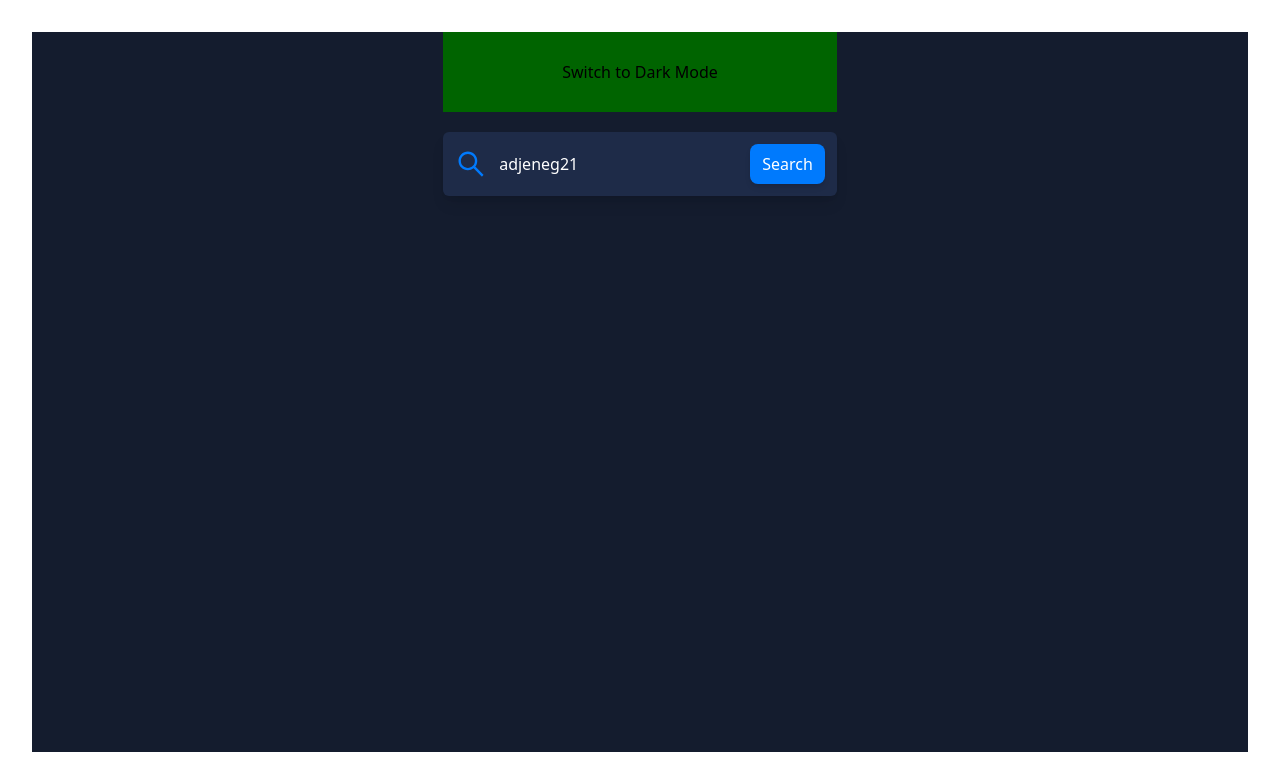
Repository: Gabriel221-dev/Git-Project
Page: /
These files come from the project's save history. The page is drawn as it stood at one moment and after the next save; the edit follows.
The browser window is 1280 px wide. The pictures show the whole page.
The page's requests for data from a server got no answer. The project was rebuilt for these pictures with package versions that can differ from the ones it lists, and the page was loaded fresh each time. No one was signed in, and anything a server would have sent is missing. Also part of the build but not shown: vite.config.js, src/components/Preview/Preview.jsx.

Above is the page before, as saved 2024-06-28 12:14:08.

### src/App.jsx
// import { useState } from "react";
// import "./App.css";
// import Search from "./components/Search/Search";
// import Preview from "./components/Preview/Preview";
// import DarkAndLightBtn from "./components/DarkAndLightBtn/DarkAndLightBtn";

// function App() {
//   const [data, setData] = useState({});
//   const [isLoading, setIsLoading] = useState(true);

//   return (
//     <div className="flex flex-col gap-5 h-screen w-full justify-center items-center bg-dark-bg">
//       <div>
//         <DarkAndLightBtn />
//         <Search setData={setData} setIsLoading={setIsLoading} />
//       </div>
//       <div>
//         <Preview
//           avatarUrl={data.avatar_url}
//           blog={data.blog}
//           email={data.email}
//           followers={data.followers}
//           following={data.following}
//           location={data.location}
//           login={data.login}
//           name={data.name}
//           public_repos={data.public_repos}
//           twitter={data.twitter}
//           isLoading={isLoading}
//           bio={data.bio}
//           joinedAt={data.created_at?.split("T")[0]}
//         />
//       </div>
//     </div>
//   );
// }

// export default App;

import { useState } from "react";
import "./App.css";
import Search from "./components/Search/Search";
import Preview from "./components/Preview/Preview";

function App() {
  const [data, setData] = useState(null);
  const [isLoading, setIsLoading] = useState(false);
  const [isDarkMode, setIsDarkMode] = useState(false);

  const toggleTheme = () => {
    setIsDarkMode((prevMode) => !prevMode);
  };

  return (
    <div className="flex flex-col gap-5 h-screen w-100% justify-content items-center bg-dark-bg">
      <div
        className={`App ${
          isDarkMode ? "dark" : ""
        } min-h-screen flex flex-col items-center gap-5`}
      >
        <div
          className={`w-full p-5 ${
            isDarkMode
              ? "bg-dark-background text-dark-text"
              : "bg-light-green text-light-text"
          }`}
        >
          <button
            onClick={toggleTheme}
            className={`${
              isDarkMode
                ? "bg-dark-primary text-dark-text"
                : "bg-light-primary text-light-text"
            } p-2 rounded-md`}
          >
            Switch to {isDarkMode ? "Light" : "Dark"} Mode
          </button>
        </div>
        <Search setData={setData} setIsLoading={setIsLoading} />
        {data && (
          <Preview
            avatarUrl={data.avatar_url}
            name={data.name}
            login={data.login}
            public_repos={data.public_repos}
            followers={data.followers}
            following={data.following}
            location={data.location}
            blog={data.blog}
            twitter={data.twitter_username}
            email={data.email}
            isLoading={isLoading}
            bio={data.bio}
            joinedAt={new Date(data.created_at).toLocaleDateString()}
          />
        )}
      </div>
    </div>
  );
}

export default App;

### src/App.css
#root {
  max-width: auto;
  margin: 0;
  padding: 2rem;
  text-align: center;
}

.logo {
  height: 6em;
  padding: 1.5em;
  will-change: filter;
  transition: filter 300ms;
}
.logo:hover {
  filter: drop-shadow(0 0 2em #646cffaa);
}
/* .logo.react:hover {
  filter: drop-shadow(0 0 2em #61dafbaa);
} */

@keyframes logo-spin {
  from {
    transform: rotate(0deg);
  }
  to {
    transform: rotate(360deg);
  }
}

@media (prefers-reduced-motion: no-preference) {
  a:nth-of-type(2) .logo {
    animation: logo-spin infinite 20s linear;
  }
}

.card {
  padding: 2em;
}

.read-the-docs {
  color: #888;
}

### src/components/Search/Search.jsx
import React, { useEffect, useState } from "react";

function Search({ setData, setIsLoading }) {
  const [userName, setUserName] = useState("adjeneg21");
  const [error, setError] = useState("");
  const handleClick = async () => {
    setIsLoading(true);
    setError("");
    const data = await fetch(`https://api.github.com/users/${userName}`);
    if (!data.ok) {
      if (data.status === 404) {
        throw new Error("user not found");
      } else {
        throw new Error("something went wrong. Please try again");
      }
    }
    const userData = await data.json();
    setData(userData);
    setError(error.message);
    setIsLoading(false);
    console.log(userData);
  };

  useEffect(() => {
    handleClick();
  }, []);
  return (
    <div className="flex bg-dark-gray p-3 gap-5 rounded-md shadow-lg ">
      <div className="flex items-center gap-3">
        <span>
          {" "}
          <svg
            className="text-dark-blue"
            viewBox="0 0 1024 1024"
            fill="currentColor"
            height="2em"
            width="2em"
          >
            <path d="M909.6 854.5L649.9 594.8C690.2 542.7 712 479 712 412c0-80.2-31.3-155.4-87.9-212.1-56.6-56.7-132-87.9-212.1-87.9s-155.5 31.3-212.1 87.9C143.2 256.5 112 331.8 112 412c0 80.1 31.3 155.5 87.9 212.1C256.5 680.8 331.8 712 412 712c67 0 130.6-21.8 182.7-62l259.7 259.6a8.2 8.2 0 0011.6 0l43.6-43.5a8.2 8.2 0 000-11.6zM570.4 570.4C528 612.7 471.8 636 412 636s-116-23.3-158.4-65.6C211.3 528 188 471.8 188 412s23.3-116.1 65.6-158.4C296 211.3 352.2 188 412 188s116.1 23.2 158.4 65.6S636 352.2 636 412s-23.3 116.1-65.6 158.4z" />
          </svg>
        </span>
        <input
          className="bg-transparent outline-none text-white"
          value={userName}
          onChange={(e) => setUserName(e.target.value)}
          type="text"
          placeholder="Search Github Username..."
        />
      </div>
      <div>
        <button
          onClick={handleClick}
          className="bg-dark-blue rounded-lg px-3 py-2 text-white shadow-md "
        >
          Search
        </button>
      </div>
    </div>
  );
}

export default Search;

### tailwind.config.js
/** @type {import('tailwindcss').Config} */
export default {
  content: [
    "./index.html",
    "./src/**/*.{js,ts,jsx,tsx}",
  ],
  theme: {
    extend: {
      colors:{
        "dark-bg":"#141c2e",
        "dark-gray":"#1e2b48",
        "dark-blue":"#007afd",
        "light-green" : "#006400",
      }
    },
  },
  plugins: [],
}

Loaded but not shown: index.html (common file); src/main.jsx (common file); src/index.css (common file)

After the next save:
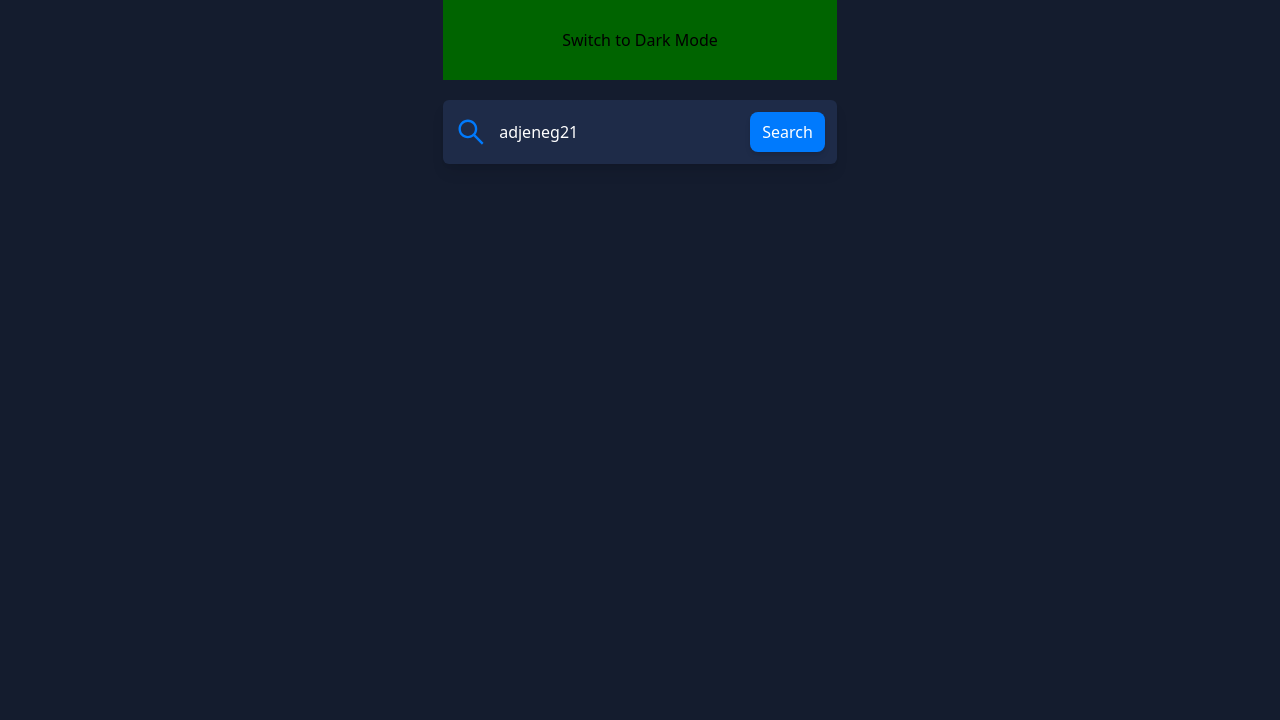
Saved 28 s later.
--- a/src/App.css
+++ b/src/App.css
@@ -1,7 +1,7 @@
 #root {
   max-width: auto;
   margin: 0;
-  padding: 2rem;
+  padding: 0rem;
   text-align: center;
 }
 
